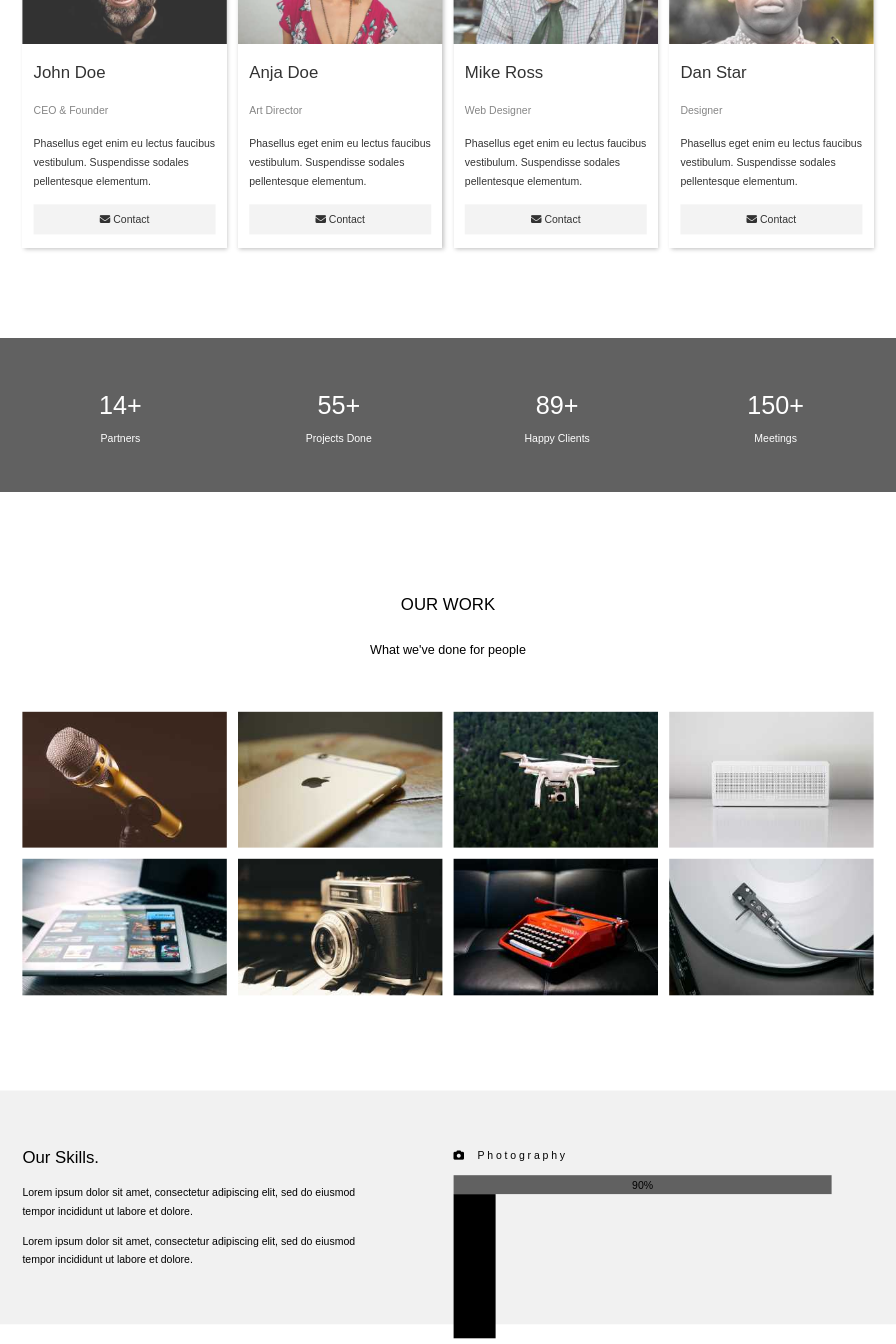
Repository: husterDC/Test
Page: index.html
The author's editor kept a copy of each file at every save. The page is drawn from the files as they stood at one save, then again after the next save.
The browser window is 1280 px wide. The pictures show the part of the page from y = 2687 to 4607 px (the page is 4607 px tall before and 4579 px after), at 70% of full size.

Above is the page before, as saved 2022-10-14 09:04:39.

After the next save:
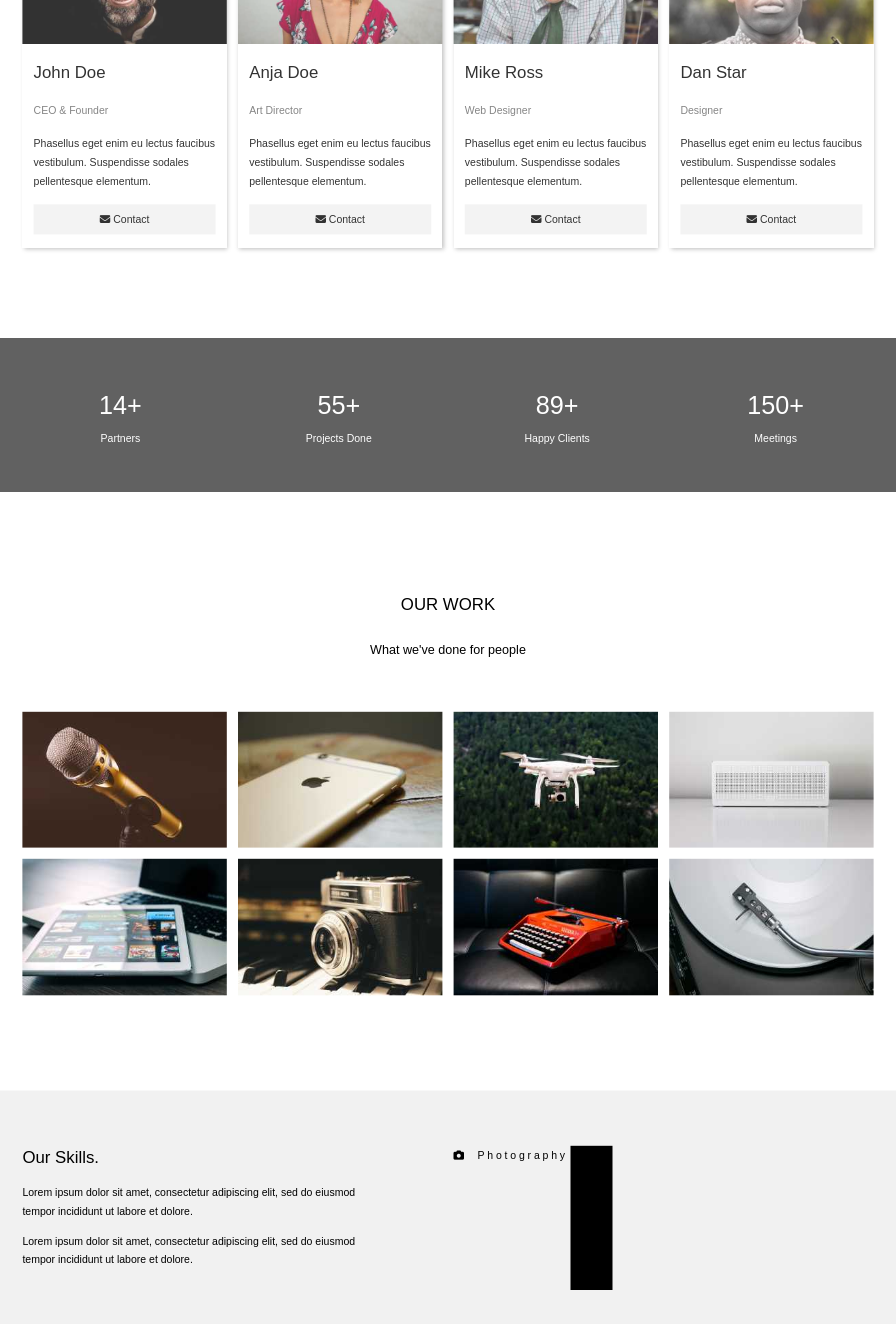
Saved 34 s later.
--- a/index.html
+++ b/index.html
@@ -208,10 +208,9 @@
             <div class="container_work-skill-chart">
                 <i class="container_work-skill-chart-icon fa-solid fa-camera"></i>
                 <p class="container_work-skill-chart-name">Photography</p>
-                <div class="container_work-skill-chart-bar1">
+                <div class="container_work-skill-chart-bar2">
                     90%
                 </div>
-                <div class="container_work-skill-chart-bar2">
                 </div>
             </div>
         </div>
